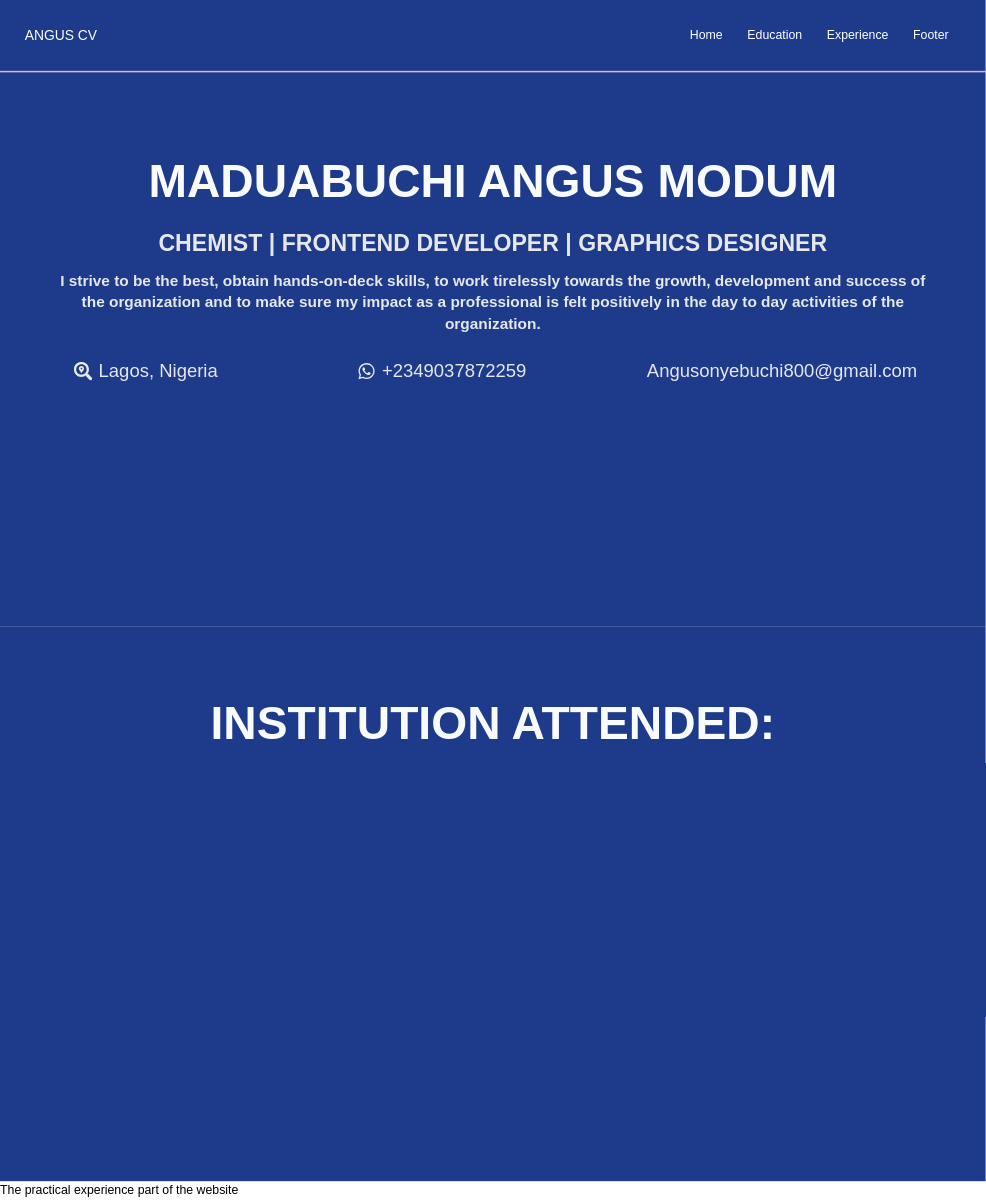
Repository: AngusOnyebuchi/AngusOnyebuchi.github.io
Page: /
An editor plug-in stored every save of this project. The page is shown before and after the next save, followed by the edit.
The browser window is 1280 px wide. The pictures show the whole page, at 77% of full size.
The project was rebuilt for these pictures with package versions that can differ from the ones it lists, and the page was loaded fresh each time.

Above is the page before, as saved 2022-04-17 18:57:33.

### public/index.html
<!DOCTYPE html>
<html lang="en">
  <head>
    <meta charset="utf-8" />
    <link rel="icon" href="%PUBLIC_URL%/favicon.ico" />
    <meta name="viewport" content="width=device-width, initial-scale=1" />
    <meta name="theme-color" content="#000000" />
    <meta
      name="description"
      content="Web site created using create-react-app"
    />
    <link rel="apple-touch-icon" href="%PUBLIC_URL%/logo192.png" />
    <!--
      manifest.json provides metadata used when your web app is installed on a
      user's mobile device or desktop. See https://developers.google.com/web/fundamentals/web-app-manifest/
    -->
    <link rel="manifest" href="%PUBLIC_URL%/manifest.json" />
    <!--
      Notice the use of %PUBLIC_URL% in the tags above.
      It will be replaced with the URL of the `public` folder during the build.
      Only files inside the `public` folder can be referenced from the HTML.

      Unlike "/favicon.ico" or "favicon.ico", "%PUBLIC_URL%/favicon.ico" will
      work correctly both with client-side routing and a non-root public URL.
      Learn how to configure a non-root public URL by running `npm run build`.
    -->
    <title>Angus CV </title>
  </head>
  <body>
    <noscript>You need to enable JavaScript to run this app.</noscript>
    <div id="root"></div>
    <!--
      This HTML file is a template.
      If you open it directly in the browser, you will see an empty page.

      You can add webfonts, meta tags, or analytics to this file.
      The build step will place the bundled scripts into the <body> tag.

      To begin the development, run `npm start` or `yarn start`.
      To create a production bundle, use `npm run build` or `yarn build`.
    -->
  </body>
</html>

### src/index.js
import React from "react";
import ReactDOM from "react-dom";
import "./style.css"
import App from "./App";

ReactDOM.render(<App/>, document.getElementById("root"))

### src/style.css
@tailwind base;
@tailwind components;
@tailwind utilities;

@layer base {
    body{
        @apply font-[Sans-serif];
    }
    li {
        @apply px-4;
        @apply cursor-pointer;
    }
}

### src/App.js
import React from "react";
import Home from "./components/Home"
import Education from "./components/Education";
import Experience from "./components/Experience";
import NavBar from "./components/NavBar";

export default function App() {
  return (
    <div>
      <NavBar/>
      <Home/>
      <Education/>
      <Experience/>
    </div>
  )
}

### src/components/Home.js
import React from "react";
import {FaWhatsapp, FaLocationArrow, FaSearchLocation} from "react-icons/fa"
import {HiOutlineMail} from "react-icons/hi"

export default function Home() {
    return (
        <div className="w-full h-screen p-4 bg-blue-900 text-gray-200">
            <h1 className="text-4xl md:text-6xl font-bold uppercase pt-24 text-center text-gray-50">Maduabuchi Angus Modum</h1>
            <h3 className="text-xl md:text-3xl font-bold uppercase pt-8 text-center">Chemist  |  Frontend Developer  |  Graphics Designer</h3>
            <p className="font-bold text-center justify-center text-lg md:text-xl max-w-[1200px] mx-12 mt-4">I strive to be the best, obtain hands-on-deck skills,
                to work tirelessly towards the growth, development and success of the organization and to make sure my impact
                as a professional is felt positively in the day to day activities of the organization.</p>

            <div className="grid grid-col md:grid-cols-3 items-center gap-4 text-2xl justify-center pt-8 mx-20">
                <div className="flex items-center">
                    <FaSearchLocation/>
                    <h4 className="ml-2">Lagos, Nigeria</h4>
                </div>
                <div className="flex items-center">
                    <FaWhatsapp/>
                    <h4 className="ml-2">+2349037872259</h4>
                </div>
                <div className="flex items-center">
                    <HiOutlineMail/>
                    <h4  className="ml-2">Angusonyebuchi800@gmail.com</h4>
                </div>
            </div>
        </div>
    )
}

### src/components/Education.js
import React from "react";

export default function Education() {
    return(
        <div className="bg-blue-900 w-full h-screen text-gray-200">
            <h1 className="text-4xl md:text-6xl font-bold uppercase pt-24 text-center text-gray-50">Institution attended:</h1>
        </div>
    )
}

### src/components/Experience.js
import React from "react";

export default function Experience() {
    return(
        <div>
            <h1>The practical experience part of the website</h1>
        </div>
    )
}

### src/components/NavBar.js
import React, {useState} from "react";
import {FaTimes, FaBars} from "react-icons/fa"

export default function NavBar() {

    const [nav, setNav] = useState(true)
    const toggle = () => setNav(!nav)

    return(
        <div className="bg-blue-900 text-white w-full p-8 flex justify-between items-center border-b-2 border-pink-300">
            <h1 className="uppercase text-lg">Angus CV</h1>

            <ul className=" hidden sm:flex justify-between">
                <li className="hover:border-b-2 border-pink-300 ">Home</li>
                <li className="hover:border-b-2 border-pink-300 ">Education</li>
                <li className="hover:border-b-2 border-pink-300 ">Experience</li>
                <li className="hover:border-b-2 border-pink-300 ">Footer</li>
            </ul>

            {/** Mobile list */}
            <div onClick={toggle} className="sm:hidden z-10">
                {nav ? <FaBars/> : <FaTimes/>}
            </div>
            <ul className={nav ? 'hidden' : 'absolute top-0 left-0 w-full h-screen bg-inherit flex flex-col justify-center items-center my-8 sm:hidden'}>
                    <li>Home</li>
                    <li>Education</li>
                    <li>Experience</li>
                    <li>Footer</li>
            </ul>
        </div>
    )
}

Loaded but not shown: tailwind.config.js (common file)

After the next save:
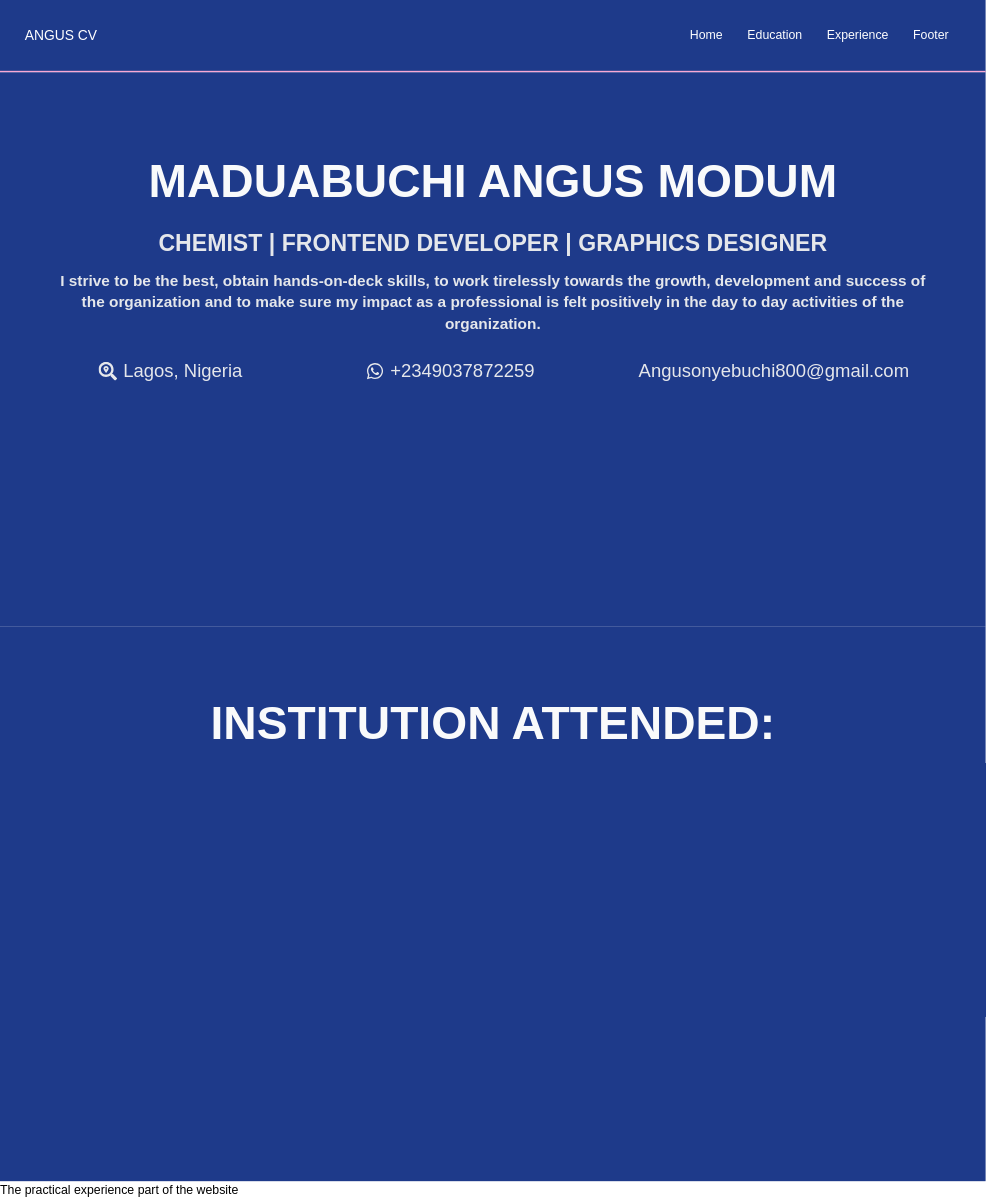
Saved 40 s later.
--- a/src/components/Home.js
+++ b/src/components/Home.js
@@ -11,7 +11,7 @@
                 to work tirelessly towards the growth, development and success of the organization and to make sure my impact
                 as a professional is felt positively in the day to day activities of the organization.</p>
 
-            <div className="grid grid-col md:grid-cols-3 items-center gap-4 text-2xl justify-center pt-8 mx-20">
+            <div className="grid grid-col md:grid-cols-3 items-center gap-4 text-2xl justify-center pt-8 mx-28">
                 <div className="flex items-center">
                     <FaSearchLocation/>
                     <h4 className="ml-2">Lagos, Nigeria</h4>

After the 3 saves that followed:
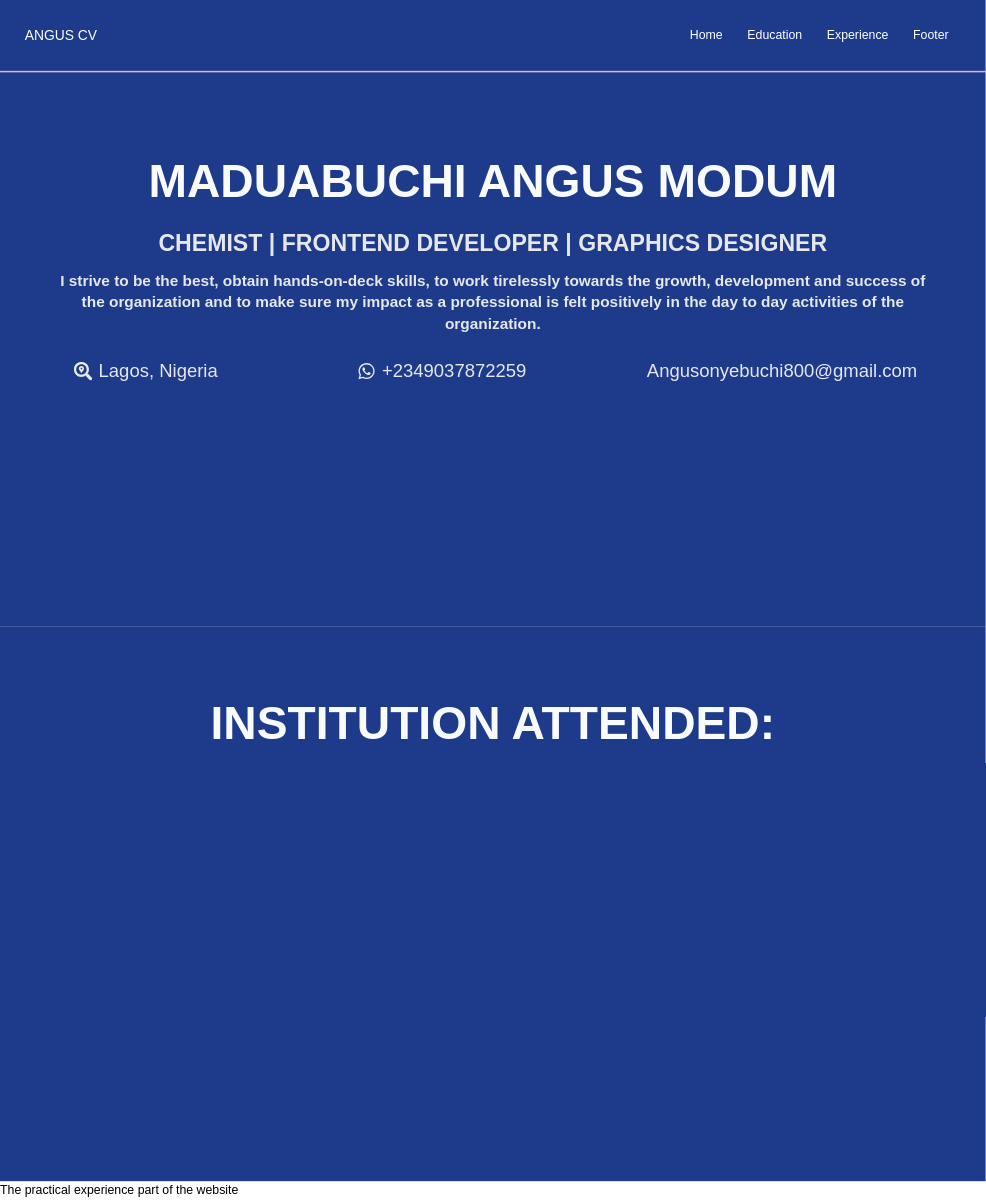
The 3 saves are shown as one change because 1 did not build or start and 1 left the picture as it was.
The last was saved 3 min 46 s later.
--- a/src/components/Home.js
+++ b/src/components/Home.js
@@ -11,7 +11,7 @@
                 to work tirelessly towards the growth, development and success of the organization and to make sure my impact
                 as a professional is felt positively in the day to day activities of the organization.</p>
 
-            <div className="grid grid-col md:grid-cols-3 items-center gap-4 text-2xl justify-center pt-8 mx-28">
+            <div className="grid grid-col md:grid-cols-3 items-center gap-4 text-2xl justify-center pt-8 mx-20">
                 <div className="flex items-center">
                     <FaSearchLocation/>
                     <h4 className="ml-2">Lagos, Nigeria</h4>
